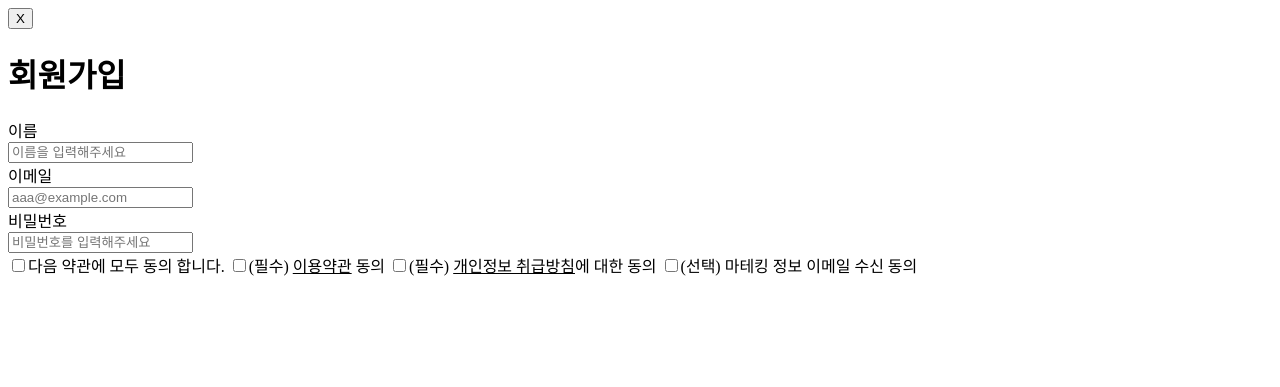
Repository: rwanda95do/bitcamp
Page: FrontProject/src/main/webapp/html/sign.html
These files come from the project's save history. The page is drawn as it stood at one moment and after the next save; the edit follows.
The browser window is 1280 px wide. The pictures show the whole page.

Above is the page before, as saved 2024-08-29 06:44:35.

After the next save:
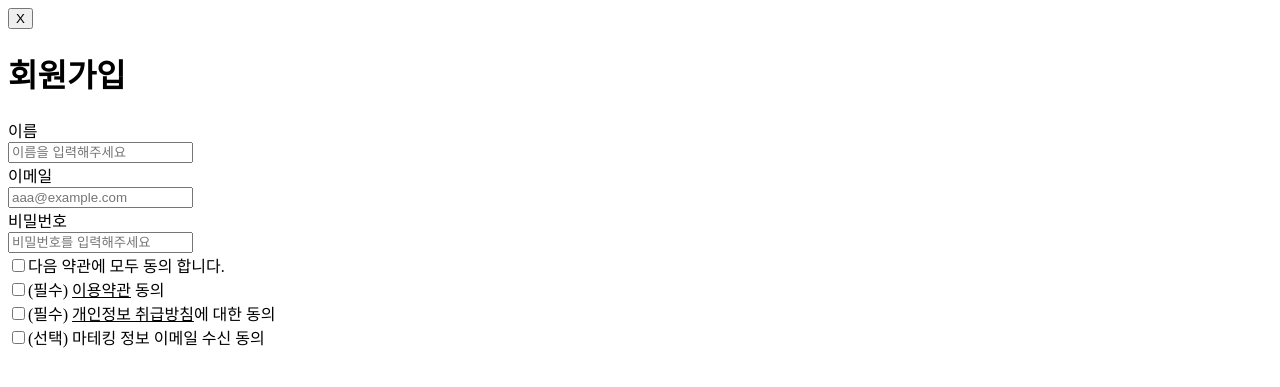
Saved 53 s later.
--- a/FrontProject/src/main/webapp/html/sign.html
+++ b/FrontProject/src/main/webapp/html/sign.html
@@ -33,10 +33,10 @@
 			</div>
 		</div>
 		<div>
-			<label><input type="checkbox">다음 약관에 모두 동의 합니다.</label>
-			<label><input type="checkbox">(필수) <u>이용약관</u> 동의</label>
-			<label><input type="checkbox">(필수) <u>개인정보 취급방침</u>에 대한 동의</label>
-			<label><input type="checkbox">(선택) 마테킹 정보 이메일 수신 동의</label>
+			<div><label><input type="checkbox">다음 약관에 모두 동의 합니다.</label></div>
+			<div><label><input type="checkbox">(필수) <u>이용약관</u> 동의</label></div>
+			<div><label><input type="checkbox">(필수) <u>개인정보 취급방침</u>에 대한 동의</label></div>
+			<div><label><input type="checkbox">(선택) 마테킹 정보 이메일 수신 동의</label></div>
 		</div>
 	</div>
 </body>
